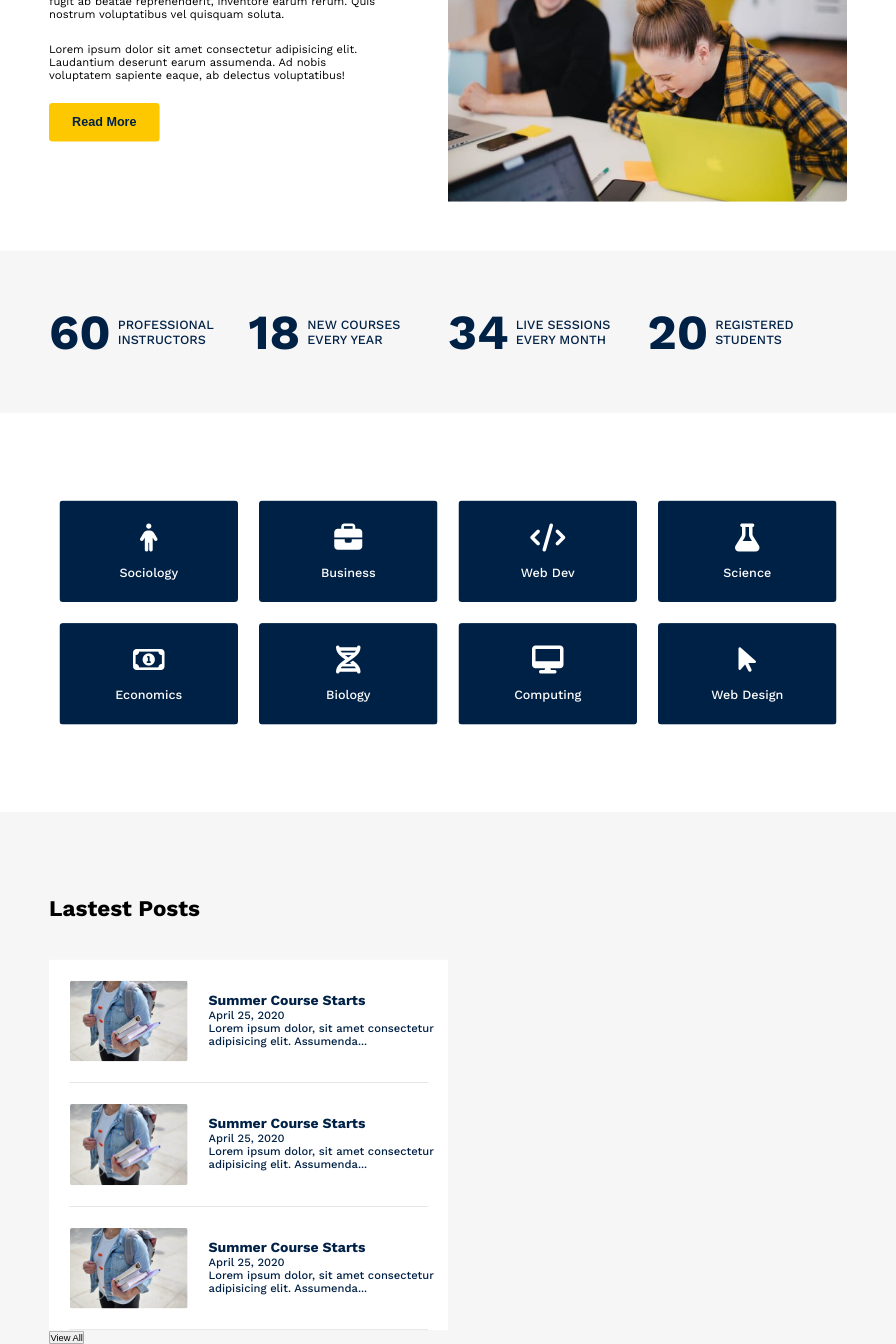
Repository: giahuy405/BC38__Mastery__Pham_Gia_Huy
Page: index.html
The author's editor kept a copy of each file at every save. The page is drawn from the files as they stood at one save, then again after the next save.
The browser window is 1280 px wide. The pictures show the part of the page from y = 873 to 2793 px (the page is 2793 px tall), at 70% of full size.

Above is the page before, as saved 2022-09-10 01:37:04.

### index.html
<!DOCTYPE html>
<html lang="en">
<head>
    <meta charset="UTF-8">
    <meta http-equiv="X-UA-Compatible" content="IE=edge">
    <meta name="viewport" content="width=device-width, initial-scale=1.0">
    <title>Document</title>
    <link href="https://fonts.googleapis.com/css2?family=Montserrat:wght@300;400;500;700;900&family=Work+Sans:wght@300;400;500;700&display=swap" rel="stylesheet">
    <link rel="stylesheet" href="https://cdnjs.cloudflare.com/ajax/libs/font-awesome/6.2.0/css/all.min.css">
    <link rel="stylesheet" href="./index.css">
</head>
<body>
    <header>
        <div class="container">
            <i class="fa-solid fa-pen-to-square"></i>
            <div class="header__title">
                <h1>Mastery</h1>
            </div>
        </div>
    </header>
    <nav>
        <div class="container">
            <ul>
                <li><div class="wrapper"><span class="square individual"><a class="ninth before after"  href="#">Home</a></span></div></li>
                <li><div class="wrapper"><span class="square individual"><a class="ninth before after"  href="#">About</a></span></div></li>
                <li><div class="wrapper"><span class="square individual"><a class="ninth before after"  href="#">Services</a></span></div></li>
                <li><div class="wrapper"><span class="square individual"><a class="ninth before after"  href="#">Contact</a></span></div></li>
            </ul>
        </div>
    </nav>
    <div class="carousel">
        <img src="./img/carousel__website.png" alt="">
    </div>
    <div class="welcome container">
        <div class="welcome__content">
            <h1>Welcome To Our Campus</h1>
            <p>Lorem ipsum dolor sit amet consectetur adipisicing elit. Quasi est saepe possimus quisquam dolor ducimus blanditiis, eius fugit ab beatae reprehenderit, inventore earum rerum. Quis nostrum voluptatibus vel quisquam soluta.</p>

            <p>Lorem ipsum dolor sit amet consectetur adipisicing elit. Laudantium deserunt earum assumenda. Ad nobis voluptatem sapiente eaque, ab delectus voluptatibus!</p>
            <button>Read More</button>
        </div>
        <div class="welcome__img">
            <img src="./img/g1.jpg" alt="">
        </div>
        <div class="clear"></div>
    </div>
    <div class="information">
       <div class="container">
            <div class="information__content">
                <div class="information__title">
                    <h1>60</h1>
                </div>
                <div class="information__desc">
                    <p>PROFESSIONAL</p>
                    <p>INSTRUCTORS</p>
                </div>
                <div class="clear"></div>
            </div>
            <div class="information__content">
                <div class="information__title">
                    <h1>18</h1>
                </div>
                <div class="information__desc">
                    <p>NEW COURSES</p>
                    <p>EVERY YEAR</p>
                </div>
                <div class="clear"></div>
            </div>
            <div class="information__content">
                <div class="information__title">
                    <h1>34</h1>
                </div>
                <div class="information__desc">
                    <p>LIVE SESSIONS</p>
                    <p>EVERY MONTH</p>
                </div>
                <div class="clear"></div>
            </div>
            <div class="information__content">
                <div class="information__title">
                    <h1>20</h1>
                </div>
                <div class="information__desc">
                    <p>REGISTERED</p>
                    <p>STUDENTS</p>
                </div>
                <div class="clear"></div>
            </div>
            <div class="clear"></div>
       </div>
    </div>
    <div class="cards">
        <div class="container">
            <div class="cards-top">
                <div class="card">
                    <a href="#">
                        <div class="card__item">
                            <i class="fa-solid fa-person"></i>
                            <p>Sociology</p>
                        </div>
                    </a>
                </div>
                <div class="card">
                    <a href="#">
                        <div class="card__item">
                            <i class="fa-solid fa-briefcase"></i>
                            <p>Business</p>
                        </div>
                    </a>
                </div>
                <div class="card">
                   <a href="#">
                        <div class="card__item">
                            <i class="fa-solid fa-code"></i>
                            <p>Web Dev</p>
                        </div>
                   </a>
                </div>
                <div class="card">
                   <a href="#">
                        <div class="card__item">
                            <i class="fa-solid fa-flask"></i>
                            <p>Science</p>
                        </div>
                   </a>
                </div>
                <div class="clear"></div>
            </div>
            <div class="card-bottom">
                <div class="card">
                    <a href="#">
                        <div class="card__item">
                            <i class="fa-regular fa-money-bill-1"></i>
                            <p>Economics</p>
                        </div>
                    </a>
                </div>
                <div class="card">
                   <a href="#">
                        <div class="card__item">
                            <i class="fa-solid fa-dna"></i>
                            <p>Biology</p>
                        </div>
                   </a>
                </div>
                <div class="card">
                    <a  href="#">
                        <div class="card__item">
                            <i class="fa-solid fa-desktop"></i>
                            <p>Computing</p>
                        </div>
                    </a>
                </div>
                <div class="card">
                    <a href="#">
                        <div class="card__item">
                            <i class="fa-solid fa-arrow-pointer"></i>
                            <p>Web Design</p>
                        </div>
                    </a>
                </div>
                <div class="clear"></div>
            </div>
        </div>
    </div>
    <div class="news">
        <div class="container">
            <div class="news__lastest-post">
                <h1>Lastest Posts</h1>
                <div class="lastest-post__items">
                    <div class="lastest-post__item">
                        <a href="#" title="Click to learn more">
                            <img src="./img/g9.jpg" alt="">
                            <div class="lastest-post__desc">
                                <h2 >Summer Course Starts</h2>
                                <p>April 25, 2020</p>
                                <p>Lorem ipsum dolor, sit amet consectetur adipisicing elit. Assumenda...</p>
                            </div>
                            <div class="clear"></div>
                        </a>
                        <hr noshade >
                    </div>

                    <div class="lastest-post__item">
                        <a href="#">
                            <img src="./img/g9.jpg" alt="">
                            <div class="lastest-post__desc">
                                <h2>Summer Course Starts</h2>
                                <p>April 25, 2020</p>
                                <p>Lorem ipsum dolor, sit amet consectetur adipisicing elit. Assumenda...</p>
                            </div>
                            <div class="clear"></div>
                        </a>
                        <hr noshade >
                    </div>
                    <div class="lastest-post__item">
                        <a href="#" >
                            <img src="./img/g9.jpg" alt="">
                            <div class="lastest-post__desc">
                                <h2>Summer Course Starts</h2>
                                <p>April 25, 2020</p>
                                <p>Lorem ipsum dolor, sit amet consectetur adipisicing elit. Assumenda...</p>
                            </div>
                            <div class="clear"></div>
                        </a>
                        <hr noshade >
                    </div>
                </div>
                <button>View All</button>
            </div>
            <div class="news__upcoming__events">

            </div>
            <div class="clear"></div>
        </div>
    </div>

</body>
</html>

### index.css
*{
    padding: 0;
    margin: 0;
    box-sizing: border-box;
}
.clear{
    clear: both;
}
html{
    font-size: 16px;
    font-family: 'Work Sans', sans-serif;
}
.container{
    width: 1140px;
    margin: 0 auto;
}
header{
    position: relative;
    margin-top: 15px;
}
.header__title{
    display: inline-block;
     position: absolute;
     top: -4px;
    left: 160px;
}
.header__title h1{
    font-size: 35px;
    color: #1b1d2d;
}
header i{
    background-color: #002146;
    height: 36px;
    width: 36px;
    border-radius: 50%;
    color: #fdc800;
    text-align: center;
    padding-top: 9px;

}
nav ul{
    list-style: none;
    margin-top: 15px;
    margin-left: 18px;

}
nav li{
    display: inline;
    margin-right: 30px;
}

 /*  Hover for Navigation bar */
.wrapper{
    margin:2em 0;
    display: inline;
    font-size: 7px;
}
 a, a:visited, a:hover, a:active{
    -webkit-backface-visibility:hidden;
            backface-visibility:hidden;
      position:relative;
    transition:0.5s color ease;
      text-decoration:none;
      color:#002146;
      font-size:2px;
      font-weight: 500;
}
 a:hover{
    color:#fdc800;
}
 a.before:before, a.after:after{
content: "";
transition:0.5s all ease;
-webkit-backface-visibility:hidden;
        backface-visibility:hidden;
position:absolute;
}
 a.before:before{
top:-0.25em;
}
 a.after:after{
bottom:-0.25em;
}
 a.before:before, a.after:after{
height:5px;
height:0.2rem;
width:0;
background:#fdc800;
}
 a.first:after{
left:0;
}
 a.second:after{
right:0;
}
 a.third:after, a.sixth:before, a.sixth:after{
left:50%;
-webkit-transform:translateX(-50%);
        transform:translateX(-50%);
}
a.fourth:before, a.fourth:after{
left:0;
}
 a.fifth:before, a.fifth:after{
right:0;
}
 a.seventh:before{
right:0;
}
 a.seventh:after{
left:0;
}
 a.eigth:before{
left:0;
}
 a.eigth:after{
right:0;
}
a.before:hover:before, a.after:hover:after{
width:100%;
}
.square{
box-sizing:border-box;
margin-left:-0.4em;
position:relative;
font-size:2.5em;
overflow:hidden;
}
.square a{
position:static;
font-size:100%;
padding:0.2em 0.4em;
}
.square:before,.square:after{
content: "";
box-sizing:border-box;
transition:0.25s all ease;
-webkit-backface-visibility:hidden;
        backface-visibility:hidden;
position:absolute;
width: 5px;
width:0.2rem;
height:0;
background:#fdc800;
}
.square:before{
left:0;
bottom:-0.2em;
}
.square.individual:before{
transition-delay:0.6s;
}
.square:after{
right:0;
top:-0.2em;
}
.square.individual:after{
transition-delay:0.2s;
}
.square a:before{
left:0;
transition:0.25s all ease;
}
.square a:after{
right:0;
transition:0.25s all ease;
}
.square.individual a:after{
transition:0.25s all ease 0.4s;
}
.square:hover:before,.square:hover:after{
height:calc(100% + 0.4em);
}
.square:hover  a:before,.square:hover a:after{
width:100%;
}


/* CAROUSEL / SLIDER */
.carousel{
    width: 100%;
    margin-top: 20px;
}
.carousel img{
max-width: 100%;
height: 597px;
}


/* create WELCOME */
.welcome{
    margin-top: 62px;
    margin-bottom: 66px;
}
.welcome__content h1{
    margin-bottom: 20px;
    color: #1b1d2d;
}
.welcome__content{
    padding-right: 80px;
}
.welcome__content p{
    margin-bottom: 30px;
}
.welcome__content button{
    padding: 17px 33px;
    font-size: 18px;
    font-weight:700;
    color: #002146;
    background-color: #fdc800;
    border: none;
    border-radius: 5px;
    cursor: pointer;
    transition: all 0.2s;
}
.welcome__content button:hover{
    background-color: #002146;
    color: #fdc800;
    box-shadow: 5px 5px 10px black;
}
.welcome__content,.welcome__img{
    width: 50%;
    float: left;
}
.welcome__img img{
    width: 100%;
    border-top-right-radius: 5px;
    border-bottom-right-radius: 5px;
}


/* create INFORMATION  */
.information{
    background-color: #f6f6f6;
    padding: 75px 0;
    margin-bottom: 110px;
}
.information__content{
    float: left;
    width: 25%;
}
.information__content h1{
    display: inline-block;
    font-size: 70px;
    color: #002146;

}
.information__title,.information__desc{
    float: left;
}
.information__desc p:first-child{
    margin-top:20px;
}
.information__desc p{
    margin-left: 10px;
    font-size: 18px;
    color: #002146;
    font-weight: 500;
}


/* create CARDS */
.cards{
    margin-bottom: 110px;
}
.card{
    float: left;
    width: 25%;
    text-align: center;
    padding: 15px;
}
.card__item{
    background-color: #002146;
    padding: 32px 50px;
    border-radius: 5px;
}
.card__item i{
    color: white;
    font-size: 40px;
}
.card__item p{
    color: white;
    font-size: 18px;
    margin-top: 20px;
}
.card a{
    cursor: pointer;
    transition: all 0.2s;
}
.card a:hover{
    opacity: 0.7;
}
.card:hover{
    box-shadow: 1px 1px 10px  black;
    border-radius: 5px;
}


/* NEWS */
.news{
    padding-top: 118px;
    background-color: #f6f6f6;
}
.news h1:first-child{
    margin-bottom: 55px;
}
.news__lastest-post,.news__upcoming__events{
    float: left;
    width: 50%;
}
.lastest-post__item{
    background-color: white;
}
.lastest-post__item img{
    width: 158px;
    border: 30px solid transparent;
    border-radius: 33px;
}
.lastest-post__item a img{
    float: left;
    width: 40%;
}
.lastest-post__desc{
    float: left;
    width: 60%;
    padding-top: 45px;
}
.lastest-post__desc h2{
    font-size: 20px;
}
.lastest-post__desc p{
    font-size: 16px;
}
.lastest-post__item hr{
    width:90%;
    margin: 0 auto;
    background-color: rgb(218, 218, 218);
    height: 1px;
    border: none;
}

After the next save:
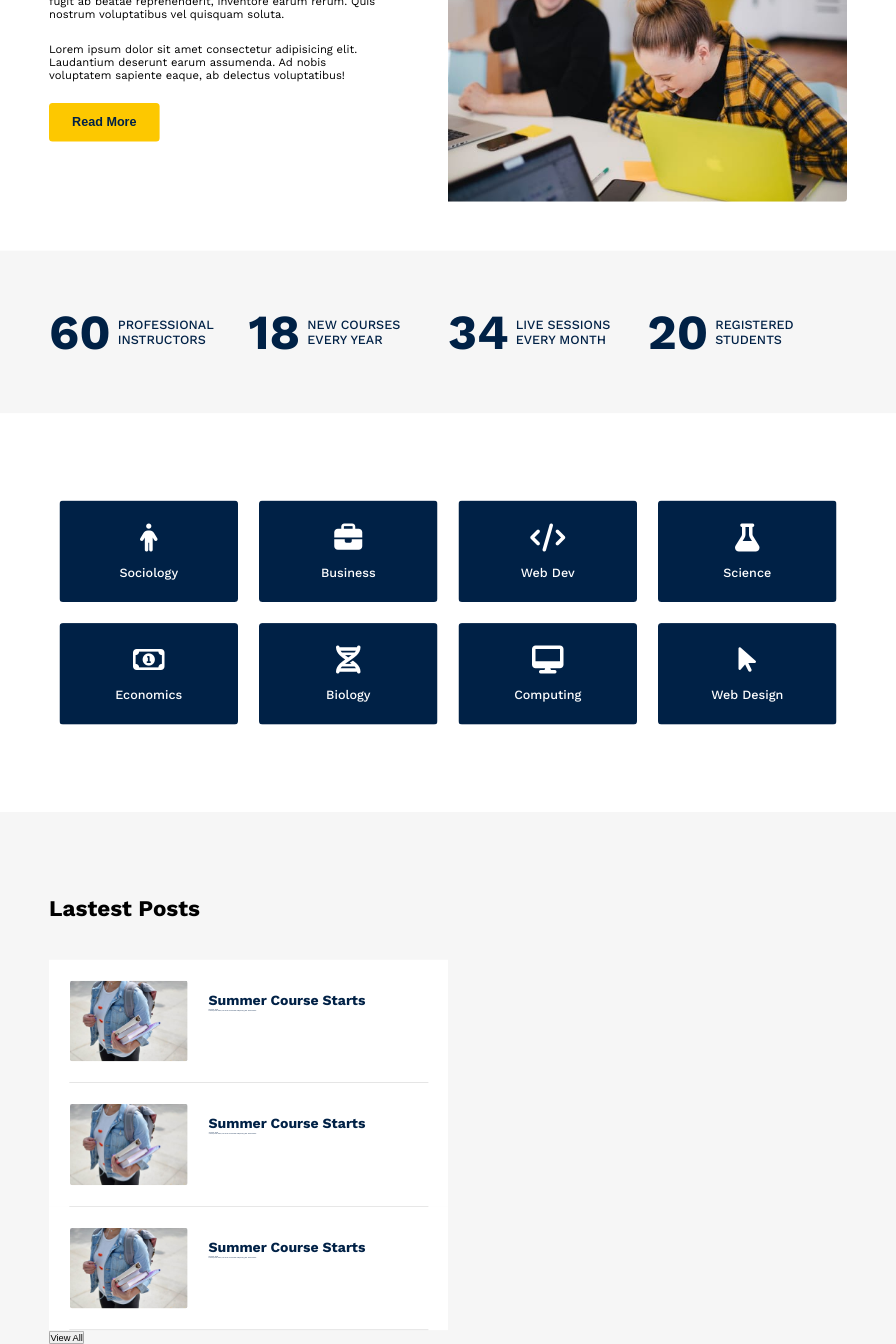
Saved 96 s later.
--- a/index.css
+++ b/index.css
@@ -328,7 +328,7 @@
 .lastest-post__desc h2{
     font-size: 20px;
 }
-.lastest-post__desc p{
+.lastest-post__desc p:first-child{
     font-size: 16px;
 }
 .lastest-post__item hr{

After the save that followed:
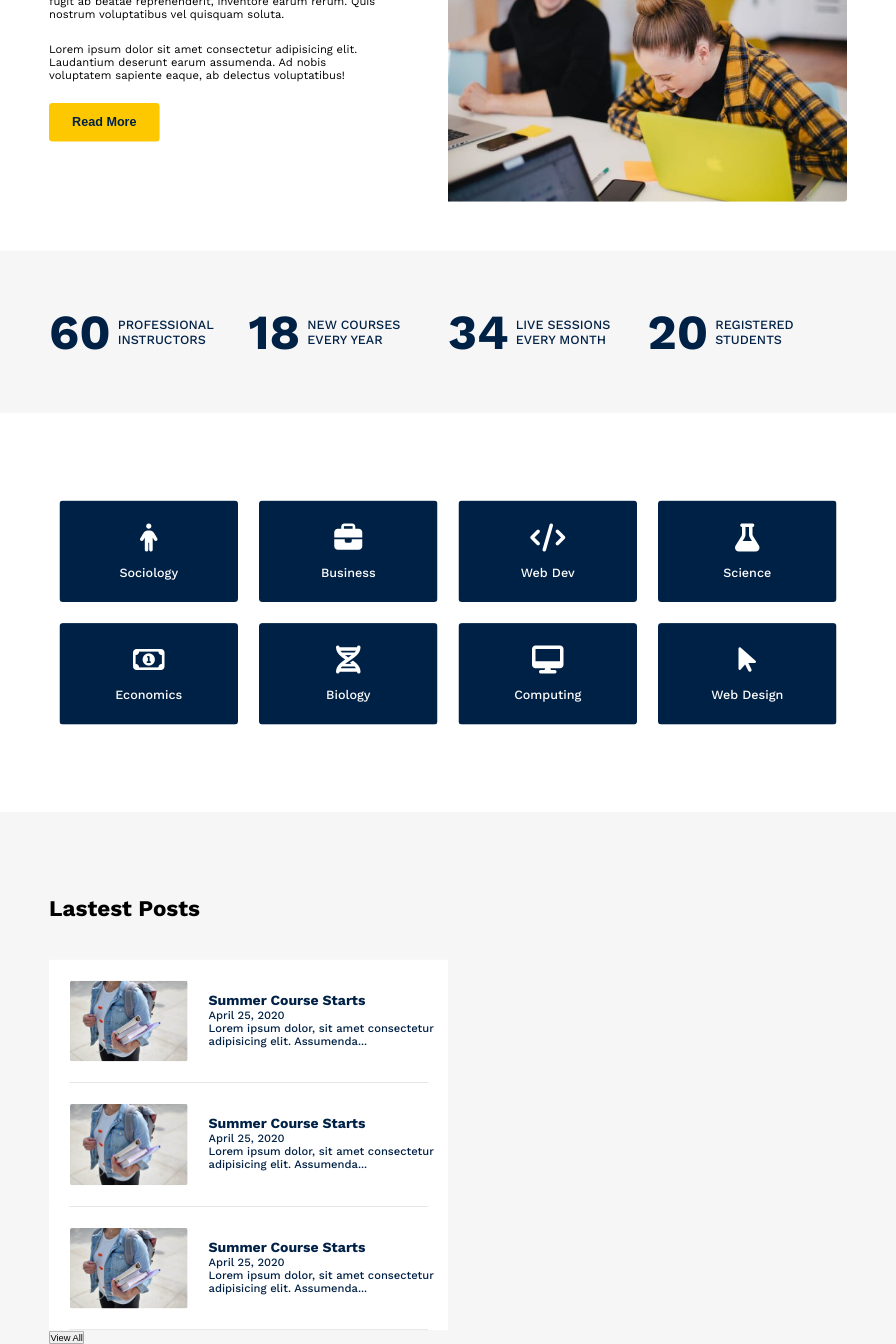
Saved 9 s later.
--- a/index.css
+++ b/index.css
@@ -328,8 +328,9 @@
 .lastest-post__desc h2{
     font-size: 20px;
 }
-.lastest-post__desc p:first-child{
+.lastest-post__desc p{
     font-size: 16px;
+
 }
 .lastest-post__item hr{
     width:90%;
